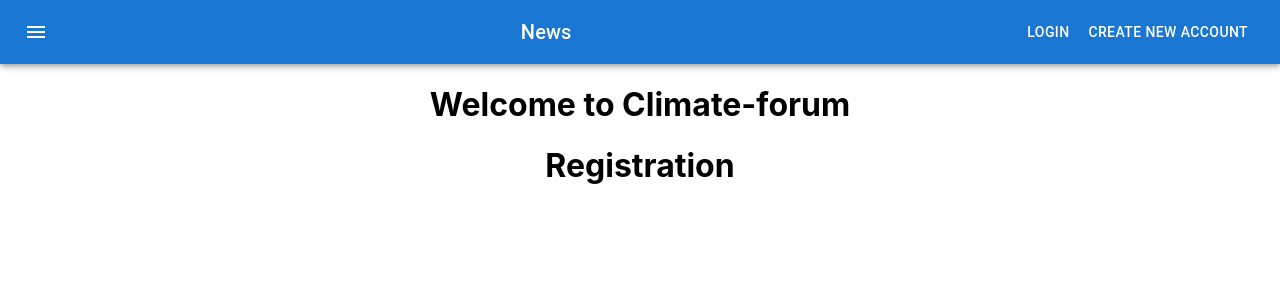
Repository: nj10deadend/mern-app-w-gql
Page: /register (app in client/climate-forum/)
The author's editor kept a copy of each file at every save. The page is drawn from the files as they stood at one save, then again after the next save.
The browser window is 1280 px wide. The pictures show the whole page.
The project was rebuilt for these pictures with package versions that can differ from the ones it lists, and the page was loaded fresh each time. Also part of the build but not shown: client/climate-forum/src/components/Login.js.

Above is the page before, as saved 2022-01-11 23:46:51.

### client/climate-forum/public/index.html
<!DOCTYPE html>
<html lang="en">
  <head>
    <meta charset="utf-8" />
    <link rel="icon" href="%PUBLIC_URL%/favicon.ico" />
    <meta name="viewport" content="width=device-width, initial-scale=1" />
    <meta name="theme-color" content="#000000" />
    <meta
      name="description"
      content="Web site created using create-react-app"
    />
    <link rel="apple-touch-icon" href="%PUBLIC_URL%/logo192.png" />
    <!--
      manifest.json provides metadata used when your web app is installed on a
      user's mobile device or desktop. See https://developers.google.com/web/fundamentals/web-app-manifest/
    -->
    <link rel="manifest" href="%PUBLIC_URL%/manifest.json" />
    <!--
      Notice the use of %PUBLIC_URL% in the tags above.
      It will be replaced with the URL of the `public` folder during the build.
      Only files inside the `public` folder can be referenced from the HTML.

      Unlike "/favicon.ico" or "favicon.ico", "%PUBLIC_URL%/favicon.ico" will
      work correctly both with client-side routing and a non-root public URL.
      Learn how to configure a non-root public URL by running `npm run build`.
    -->
    <title>Climate forum</title>
  </head>
  <body>
    <noscript>You need to enable JavaScript to run this app.</noscript>
    <div id="root"></div>
    <!--
      This HTML file is a template.
      If you open it directly in the browser, you will see an empty page.

      You can add webfonts, meta tags, or analytics to this file.
      The build step will place the bundled scripts into the <body> tag.

      To begin the development, run `npm start` or `yarn start`.
      To create a production bundle, use `npm run build` or `yarn build`.
    -->
  </body>
</html>

### client/climate-forum/src/index.js
import ReactDOM from 'react-dom';
import ApolloProviderHub from './ApolloProvider';
import './index.css';
// import App from './App';
import reportWebVitals from './reportWebVitals';

// Moved React.StrictMode to ApolloProvider componenet
ReactDOM.render(<ApolloProviderHub />, document.getElementById('root'));

// If you want to start measuring performance in your app, pass a function
// to log results (for example: reportWebVitals(console.log))
// or send to an analytics endpoint. Learn more: https://bit.ly/CRA-vitals
reportWebVitals();

### client/climate-forum/src/ApolloProvider.js
import App from './App';
import React from 'react';
import { ApolloClient, InMemoryCache, ApolloProvider, useQuery, gql} from "@apollo/client";


const client = new ApolloClient({
    uri: 'http://localhost:5000/',
    cache: new InMemoryCache()
});

function ApolloProviderHub() {
    return (
        <React.StrictMode>
            <ApolloProvider client={client}>
                <App />
            </ApolloProvider>
        </React.StrictMode>
    )
}

export default ApolloProviderHub;

### client/climate-forum/src/App.js
import './App.css';
import Home from './Home';

function App() {
  return (

    <Home />

  );
}

export default App;

### client/climate-forum/src/Home.js
import { BrowserRouter } from 'react-router-dom';
import { Route, Routes} from 'react-router-dom';

import Login from './components/Login';
import NavBar from './components/NavBar';
import Registration from './components/Registration';

function Home () {
    return (
        <div className="App">
            <NavBar />
            <h1>Welcome to Climate-forum</h1>
            <BrowserRouter>
                <Routes>
                    <Route path="/login" element={<Login />} />
                    <Route path="/register" element={<Registration />} />
                </Routes>

            </BrowserRouter>
        </div>
    )
}

export default Home;

### client/climate-forum/src/components/NavBar.js
import * as React from 'react';
import AppBar from '@mui/material/AppBar';
import Box from '@mui/material/Box';
import Toolbar from '@mui/material/Toolbar';
import Typography from '@mui/material/Typography';
import Button from '@mui/material/Button';
import IconButton from '@mui/material/IconButton';
import MenuIcon from '@mui/icons-material/Menu';

export default function NavBar() {
    return (
      <Box sx={{ flexGrow: 1 }}>
        <AppBar position="static">
          <Toolbar>
            <IconButton
              size="large"
              edge="start"
              color="inherit"
              aria-label="menu"
              sx={{ mr: 2 }}
            >
              <MenuIcon />
            </IconButton>
            <Typography variant="h6" component="div" sx={{ flexGrow: 1 }}>
              News
            </Typography>
            <Button color="inherit">Login</Button>
            <Button color="inherit">Create new Account</Button>
          </Toolbar>
        </AppBar>
      </Box>
    );
  }

### client/climate-forum/src/components/Registration.js
function Registration () {
    return (
        <div>
            <h1>Registration</h1>
        </div>
    )
}

export default Registration;

Loaded but not shown: client/climate-forum/src/index.css (common file); client/climate-forum/src/reportWebVitals.js (common file); client/climate-forum/src/App.css (common file)

After the next save:
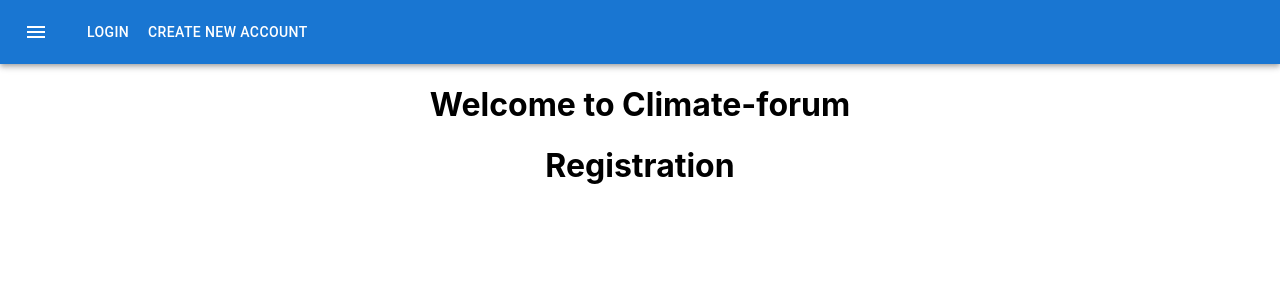
Saved 45 s later.
--- a/client/climate-forum/src/components/NavBar.js
+++ b/client/climate-forum/src/components/NavBar.js
@@ -21,9 +21,6 @@
             >
               <MenuIcon />
             </IconButton>
-            <Typography variant="h6" component="div" sx={{ flexGrow: 1 }}>
-              News
-            </Typography>
             <Button color="inherit">Login</Button>
             <Button color="inherit">Create new Account</Button>
           </Toolbar>

After the save that followed:
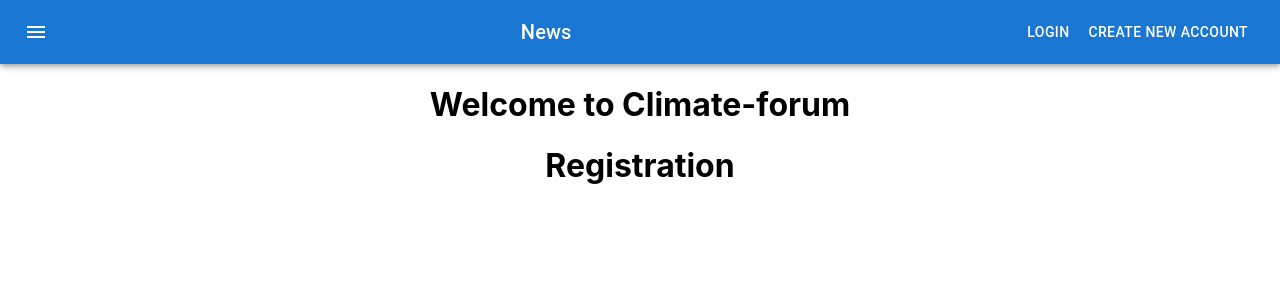
Saved 12 s later.
--- a/client/climate-forum/src/components/NavBar.js
+++ b/client/climate-forum/src/components/NavBar.js
@@ -21,6 +21,9 @@
             >
               <MenuIcon />
             </IconButton>
+            <Typography variant="h6" component="div" sx={{ flexGrow: 1 }}>
+              News
+            </Typography>
             <Button color="inherit">Login</Button>
             <Button color="inherit">Create new Account</Button>
           </Toolbar>
